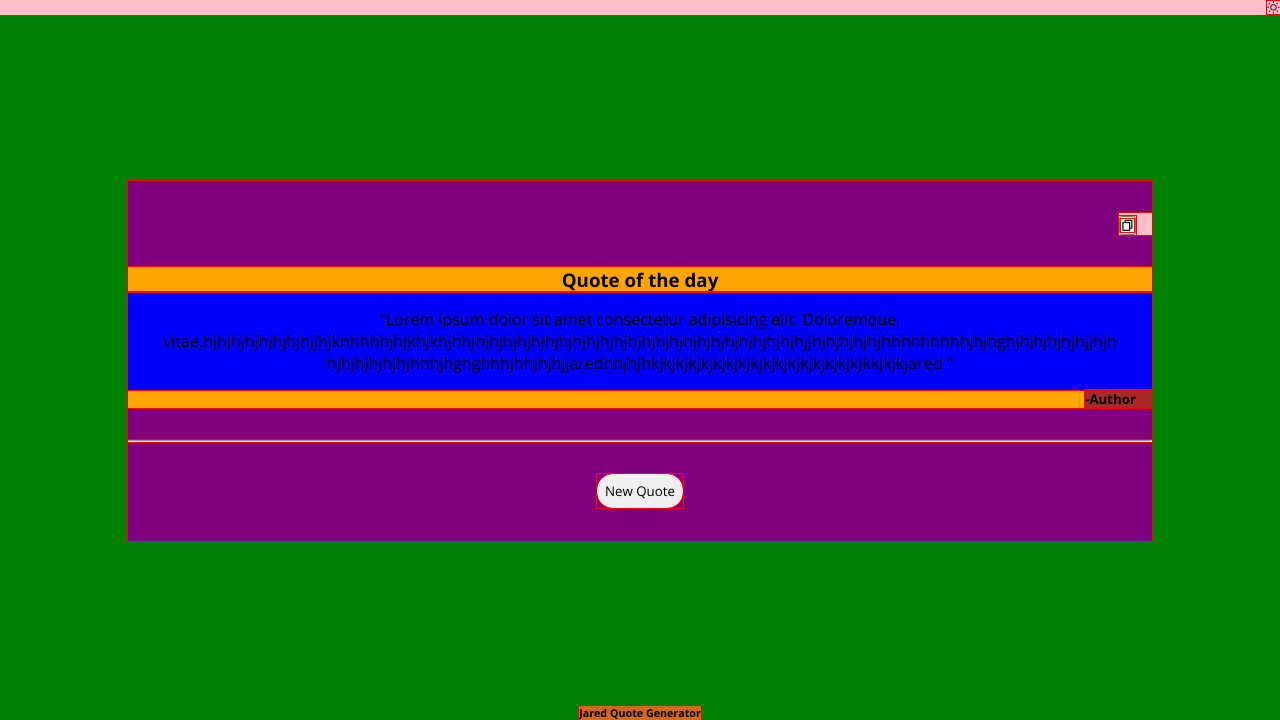
Repository: EguJaredoBoyd/Jared-Quote-Generator
Page: html/main.html
The author's editor kept a copy of each file at every save. The page is drawn from the files as they stood at one save, then again after the next save.
The browser window is 1280 px wide. The pictures show the whole page.
Some web libraries are served in a nearby version.

Above is the page before, as saved 2026-01-09 02:02:07.

### html/main.html
<!DOCTYPE html>
<html lang="en">
  <head>
    <meta charset="UTF-8" />
    <meta name="viewport" content="width=device-width, initial-scale=1.0" />
    <link rel="stylesheet" href="../css/style.css" />
    <script src="../js/main.js" defer></script>
    <link
      href="https://cdn.jsdelivr.net/npm/remixicon@4.8.0/fonts/remixicon.css"
      rel="stylesheet"
    />
    <link rel="preconnect" href="https://fonts.googleapis.com" />
    <link rel="preconnect" href="https://fonts.gstatic.com" crossorigin />
    <link
      href="https://fonts.googleapis.com/css2?family=Open+Sans:ital,wght@0,300..800;1,300..800&display=swap"
      rel="stylesheet"
    />
    <title>Document</title>
  </head>
  <body>
    <div class="container">
      <header>
        <button><i class="ri-sun-line"></i></button>
      </header>
      <main>
        <div class="quote-container">
          <div class="quote-container__copy">
            <button><i class="ri-file-copy-line"></i></button>
          </div>
          <div class="quote-container__quotes">
            <h3>Quote of the day</h3>
            <p>
              "Lorem ipsum dolor sit amet consectetur adipisicing elit.
              Doloremque,
              vitae.hjhjhjhjhjhjhjhjjhjkhhhhhjhjkhjkhjhhjhjhjhjhjhjhjhjhjhjhjhjhjhjhjhjhjhjhjhjhjhjhjhjhjjhjhjhjhjhjhhhhhhhhhjhjhghjhjhjhjhjhjjhjhhjhjhjhjhjhjhhhjhghghhhjhhjhjhjjaredhhjhjhkjkjkjkjkjkjkjkjkjkjkjkjkjkjkjkjkjkkjkjkjared
              "
            </p>
            <div class="quote-container__author">
              <h5>-Author</h5>
            </div>
          </div>
          <hr />
          <div class="quote-container__new--quote">
            <button>New Quote</button>
          </div>
        </div>
      </main>
      <footer>
        <div class="footer__developer">
          <h6>Jared Quote Generator</h6>
        </div>
      </footer>
    </div>
  </body>
</html>

### css/style.css
* {
  margin: 0;
  padding: 0;
  box-sizing: border-box;

  outline: 1px solid red;
}

:root {
  --background-color: #7b0d1e;
  --card-color: #f8e5ee;
  --text-color: black;
  --button-color: #7b0d1e;
}

html {
  font-size: 16px;
}

.lighter-theme {
  --background-color: #f8e5ee;
  --card-color: #7b0d1e;
  --text-color: whitesmoke;
  --button-color: #f8e5ee;
}

body {
  font-family: "Open Sans", sans-serif;
}

.container {
  background-color: green;
  height: 100vh;
  display: flex;
  flex-direction: column;
  justify-content: space-between;
  align-items: center;
}

header {
  display: flex;
  justify-content: flex-end;
  background-color: pink;
  width: 100%;
}

header button {
  border: none;
  background: none;
  color: var(--button-color);
}

.quote-container {
  background-color: purple;
  display: flex;
  flex-direction: column;
  justify-content: space-evenly;
  align-items: center;
  height: 50vh;
  width: 80vw;
  max-width: 80vw;
}

.quote-container__copy {
  align-self: self-end;
  padding-right: 1rem;
  background-color: pink;
}

.quote-container__quotes {
  background-color: orange;
  max-width: 100%;
  max-height: 100%;
}

.quote-container__quotes h3 {
  text-align: center;
}

.quote-container__quotes p {
  background-color: blue;
  max-width: 100%;
  max-height: 40vh;
  overflow-y: auto;
  padding: 1rem 2rem;
  overflow-wrap: break-word;
  text-align: center;
}

.quote-container__author {
  background-color: brown;
  justify-self: end;
  padding-right: 1rem;
}

.quote-container hr {
  width: 100%;
}

.quote-container__new--quote button {
  padding: 0.5rem;
  border: none;
  border-radius: 1rem;
  font-family: "Open Sans", sans-serif;
}

.footer__developer {
  background-color: chocolate;
}

Loaded but not shown: js/main.js (no copy from this time; the picture is the same without it)

After the next save:
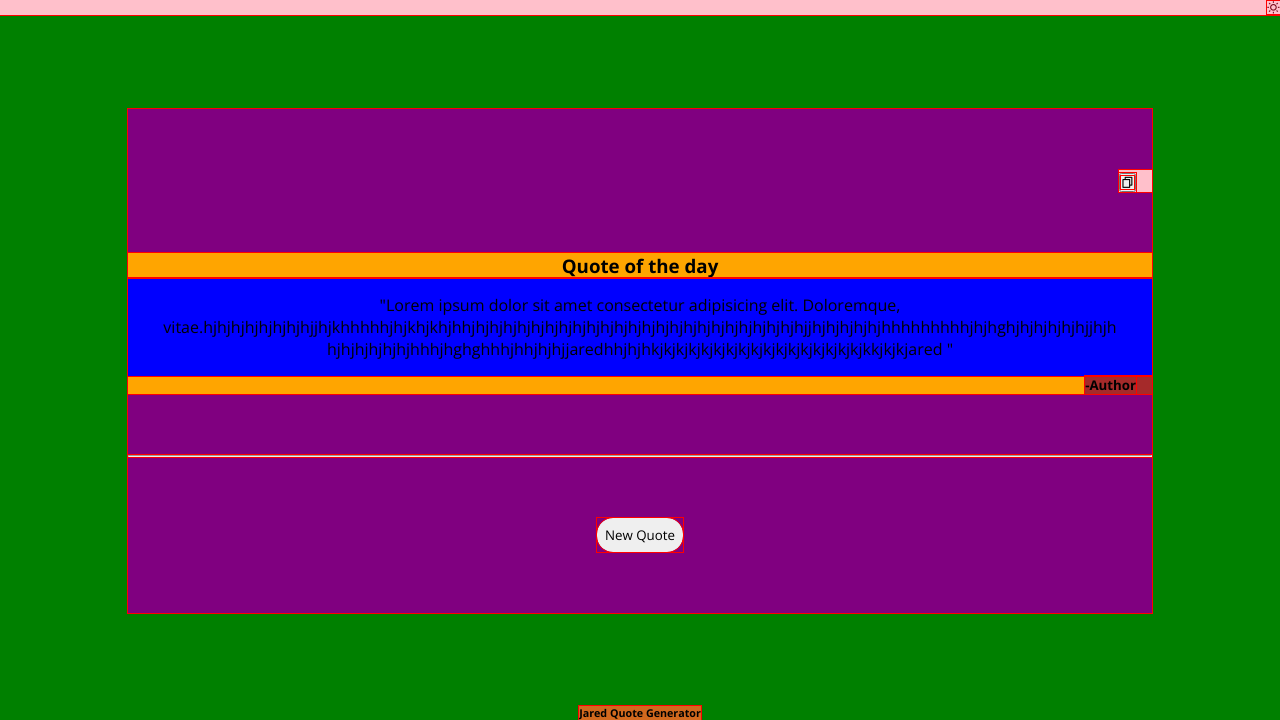
Saved 75 s later.
--- a/css/style.css
+++ b/css/style.css
@@ -56,7 +56,7 @@ header button {
   flex-direction: column;
   justify-content: space-evenly;
   align-items: center;
-  height: 50vh;
+  height: 70vh;
   width: 80vw;
   max-width: 80vw;
 }
